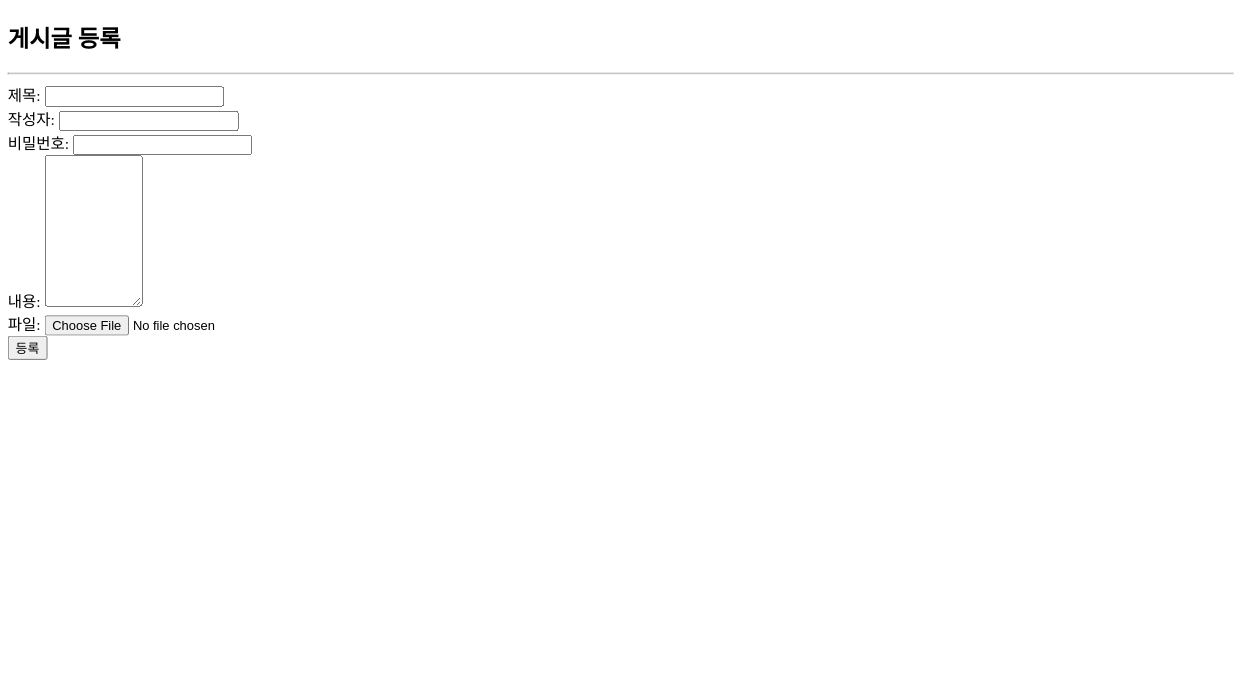
Repository: sagek23/Java-Training
Page: http://localhost/bbs/insertBbs.jsp
An editor plug-in stored every save of this project. The page is shown before and after the next save, followed by the edit.
The browser window is 1280 px wide. The pictures show the whole page, at 97% of full size.
The page is served by Tomcat 9.

Above is the page before, as saved 2019-08-02 01:17:21.

After the next save:
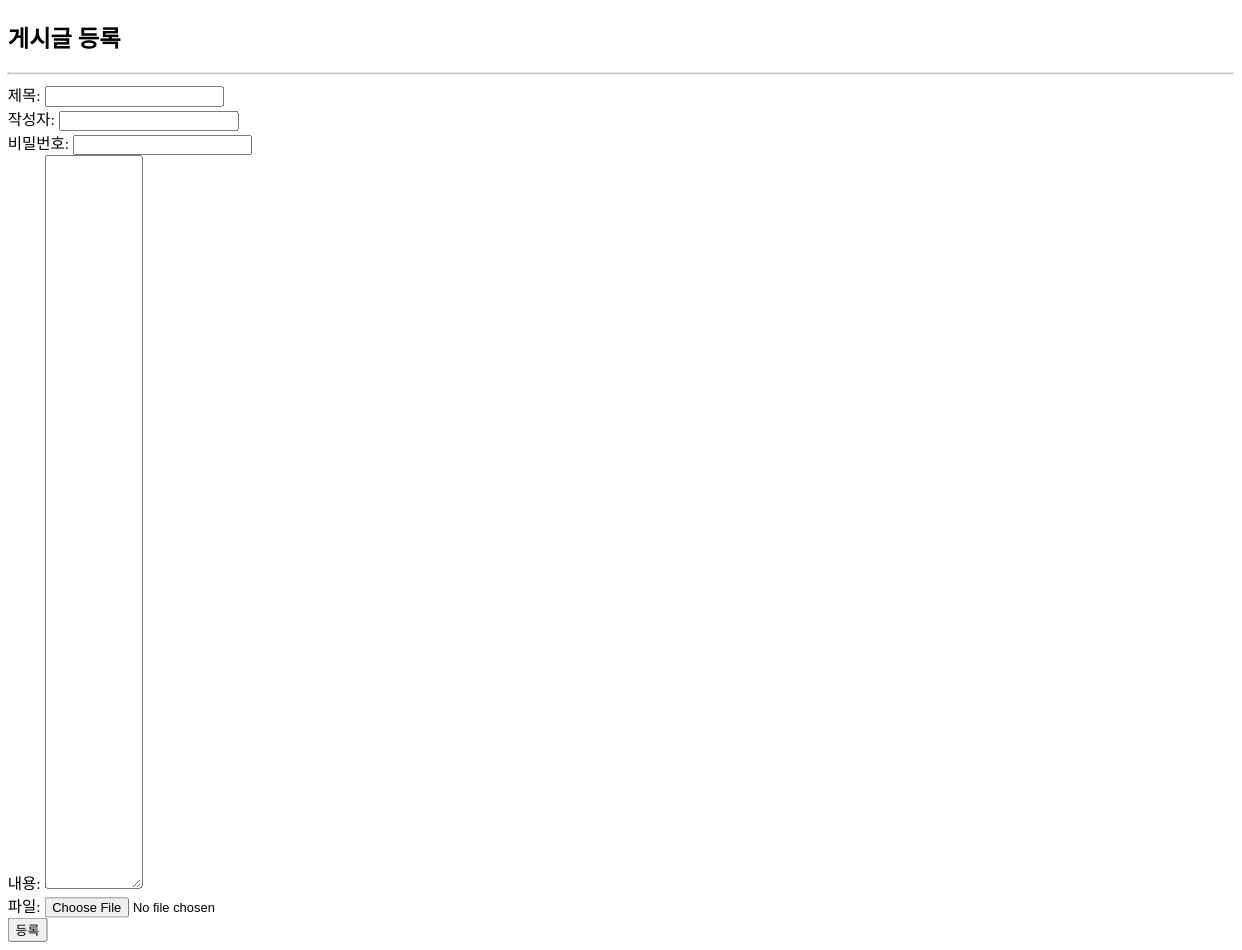
Saved 16 s later.
--- a/0801/bbs/WebContent/insertBbs.jsp
+++ b/0801/bbs/WebContent/insertBbs.jsp
@@ -13,7 +13,7 @@
 	제목: <input type="text" name="title"><br>
 	작성자: <input type="text" name="writer"><br>
 	비밀번호: <input type="password" name="pwd"><br>
-	내용: <textarea rows="10" cols="10" name="content"></textarea><br>
+	내용: <textarea rows="50" cols="10" name="content"></textarea><br>
 	파일: <input type="file"	name="fname"><br>
 	<input type="submit" value="등록">
 	</form>
